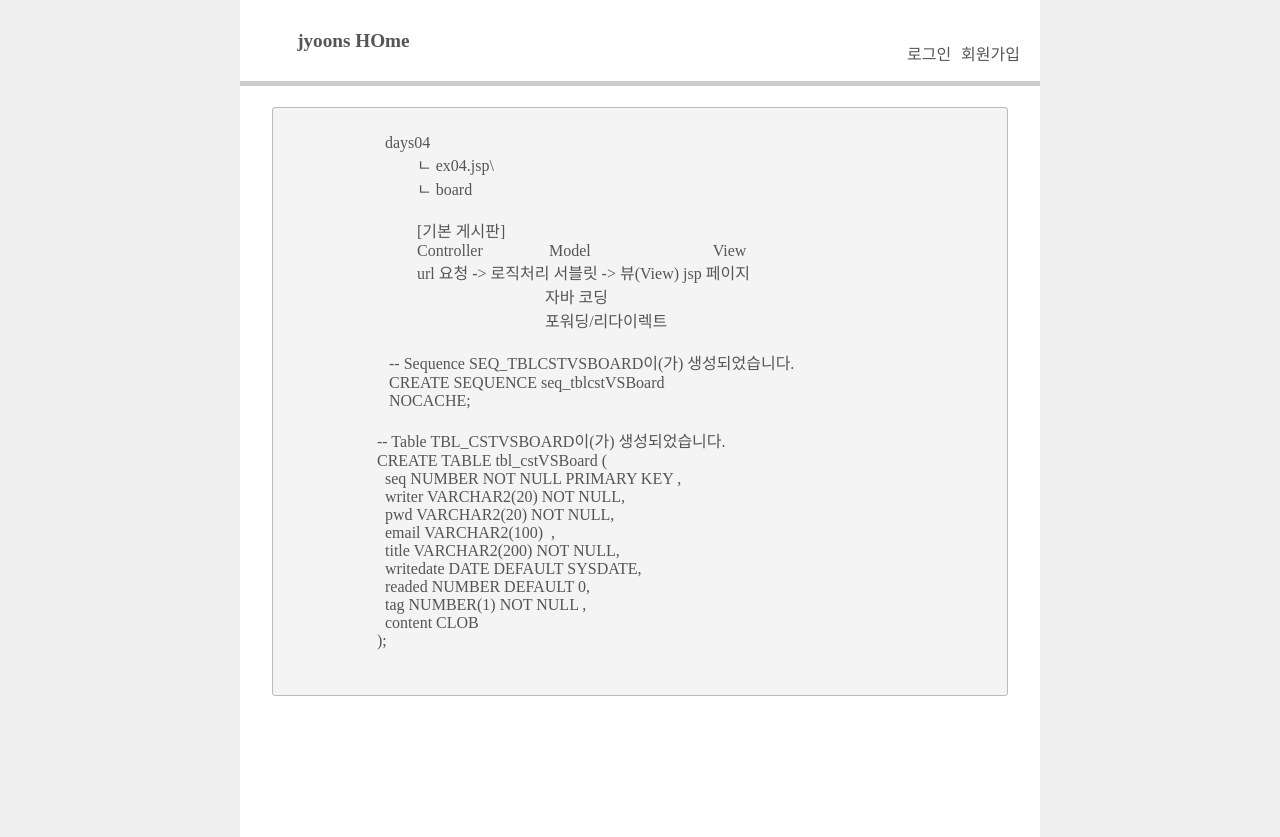
Repository: jyoons00/JSP-sample
Page: http://localhost/jspPro/days04/ex04.jsp
The author's editor kept a copy of each file at every save. The page is drawn from the files as they stood at one save, then again after the next save.
The browser window is 1280 px wide. The pictures show the whole page.
Some web fonts or font styles are not loaded; a fallback is used. The page is served by Tomcat 9. Other server files are loaded and not shown.

Above is the page before, as saved 2024-10-18 06:59:28.

### jspPro/src/main/webapp/days04/ex04.jsp
<%@ page contentType="text/html; charset=UTF-8" pageEncoding="UTF-8"%>
<%@ taglib prefix="c" uri="http://java.sun.com/jsp/jstl/core" %>
<!DOCTYPE html>
<html>
  <head>
    <meta charset="UTF-8" />
    <title>Insert title here</title>
    <link
      rel="shortcut icon"
      type="image/x-icon"
      href="http://localhost/jspPro/images/SiSt.ico"
    />
    <script src="https://ajax.googleapis.com/ajax/libs/jquery/3.7.1/jquery.min.js"></script>
    <meta name="viewport" content="width=device-width, initial-scale=1.0" />
    <link
      rel="stylesheet"
      href="http://localhost/jspPro/resources/cdn-main/example.css"
    />
    <script src="http://localhost/jspPro/resources/cdn-main/example.js"></script>
    <style>
      span.material-symbols-outlined {
        vertical-align: text-bottom;
      }
    </style>
  </head>
  <body>
    <header>
      <h1 class="main">
        <a href="#" style="position: absolute; top: 30px">jyoons HOme</a>
      </h1>
      <ul>
        <li><a href="#">로그인</a></li>
        <li><a href="#">회원가입</a></li>
      </ul>
    </header>
    <div>
      <xmp class="code">
   			days04
   				ㄴ ex04.jsp\
   				ㄴ board

   				[기본 게시판]
   				Controller		 Model				  View
   				url 요청 -> 로직처리 서블릿 -> 뷰(View) jsp 페이지
   								자바 코딩
   								포워딩/리다이렉트

   			 -- Sequence SEQ_TBLCSTVSBOARD이(가) 생성되었습니다.
		         CREATE SEQUENCE seq_tblcstVSBoard
		         NOCACHE;

		      -- Table TBL_CSTVSBOARD이(가) 생성되었습니다.
		      CREATE TABLE tbl_cstVSBoard (
		        seq NUMBER NOT NULL PRIMARY KEY ,
		        writer VARCHAR2(20) NOT NULL,
		        pwd VARCHAR2(20) NOT NULL,
		        email VARCHAR2(100)  ,
		        title VARCHAR2(200) NOT NULL,
		        writedate DATE DEFAULT SYSDATE,
		        readed NUMBER DEFAULT 0,
		        tag NUMBER(1) NOT NULL ,
		        content CLOB
		      );

  	  </xmp>
    </div>

  </body>
</html>

### jspPro/src/main/webapp/resources/cdn-main/example.css
@charset "UTF-8";

@import url('https://fonts.googleapis.com/css2?family=Material+Symbols+Outlined:opsz,wght,FILL,GRAD@20..48,100..700,0..1,-50..200');

@font-face {
    font-family: 'GmarketSansMedium';
    src: url('https://cdn.jsdelivr.net/gh/projectnoonnu/noonfonts_2001@1.1/GmarketSansMedium.woff') format('woff');
    font-weight: normal;
    font-style: normal;
}

:root {
	--text-color: #555;
	--sub-text-color: #777;
	--back-color: #EFEFEF;
	--header-color: #444;
	--primary-color: #DEDEDE;
	--secondary-color: #EFEFEF;
	--default-width: 800px;
	--narrow-width: 500px;
	--wide-width: 1200px;
	--text-font: 'GmarketSansMedium';
	--icon-font: 'Material Symbols Outlined';
	--border-color: #CCC;
}

html, body {
	margin: 0;
	padding: 0;
}

html {
	background-color: var(--back-color);
	display: flex;
	justify-content: center;
	min-height: 100vh;
}

body, body.default {
	width: var(--default-width);
	background-color: white;
	padding-bottom: 120px;
}

body.wide {
	width: var(--wide-width);
}

body.narrow {
	width: var(--narrow-width);
}



body, p, div, span, a, input, select, option, textarea, button, table, th, td, label, fieldset, legend {
	font-family: var(--text-font);
	color: var(--text-color);
}

h1, h2, h3 {
	font-family: var(--text-font);
	color: var(--header-color);
	padding: 0 1rem;
	padding-top: .5rem;
}

div > h1, div > h2, div > h3 {
	padding: 0;
}

body > div, body > main > div {
	padding: 0.3rem 1rem;
}


h1 { font-size: 2rem; border-bottom: 1px solid var(--border-color); }
h1 small { font-size: 1.2rem; color: var(--sub-text-color); }
h2 { font-size: 1.5rem; border-bottom: 1px dashed var(--border-color); }
h2 small { font-size: 1.1rem; color: --sub-text-color; }
h3 { font-size: 1.2rem; }
h3 small { font-size: 1rem; color: --sub-text-color; }



h1.main::before {
	font-family: var(--icon-font);
  	content: '\e666';
  	margin-right: 10px;
  	float: left;
	font-size: 2.5rem;
}

h1.sub::before {
	font-family: var(--icon-font);
  	content: '\ea19';
  	margin-right: 10px;
  	float: left;
	font-size: 2.5rem;
}


h1.page::before {
	font-family: var(--icon-font);
  	content: '\e0e0';
  	margin-right: 10px;
  	float: left;
	font-size: 2.5rem;
}

body > header > ul > li > .active{
	background-color: #FFF;
	color:#F00;
}

body > header {
	display: flex;
	justify-content: space-between;
	border-bottom: 5px solid var(--border-color);
	min-height: 74px;
	background-color: #FFF;
}

body > header.sticky {
	position: sticky;
	top: 0;
	z-index: 98;
}

body > header > h1 {
	font-size: 1.2rem;
	border: 0;
}

body > header.in > h1::before {
	font-family: var(--icon-font);
  	content: '\e332‥';
  	margin-right: 3px;
  	float: left;
	font-size: 2rem;
}


body > header > ul {
	list-style-type: none;
	display: flex;
	align-items: flex-end;
	margin-right: 10px;
}

body > header > ul > li {
	margin-right: 10px;
	cursor: pointer;
}

body > header > ul > li > a {
	cursor: pointer;
}


form {
	display: block;
}

form > div {
	padding: 0.3rem 1rem;
}

div > form > div {
	padding: 0.3rem 0;
}

input, textarea, button, select {
	border: 1px solid #BBB;
	border-radius: 3px;
	outline: none;
	resize: none;
	padding: 7px;
	margin: 0;
}

input[type=text]:read-only, textarea:read-only {
	cursor: not-allowed;
	background-color: #FFF;
}

input[type=text]:disabled, textarea:disabled {
	cursor: not-allowed;
	background-color: #EEE;
}

input[type=text], input[type=password], textarea, button, select {
	/* width: 300px; */
}

textarea {
	display: block;
	height: 100px;
}

input[type=button], input[type=submit], button {
	/* width: inherit; */
}

input.short, textarea.short, button.short, select.short {
	width: 100px;
}

input.long, textarea.long, button.long, select.long {
	width: 350px;
}

.narrow input.long, .narrow textarea.long, .narrow button.long, .narrow select.long {
	width: calc(100% - 20px);
}

input.full, textarea.full, button.full, select.full {
	width: calc(100% - 20px);
}

textarea.short {
	height: 50px;
}

textarea.long {
	height: 100px;
}

textarea.full {
	height: 200px;
}

input, textarea {
	padding-top: 8px;
}

input[type=button], input[type=submit], button {
	padding: 5px 10px;
	background-color: var(--secondary-color);
	cursor: pointer;
	min-height: 36px;
}

input[type=button].primary, input[type=submit].primary, button.primary {
	/* background-color: rgba(100, 149, 237, .2); */
	background-color: var(--primary-color);
}

input[type=button].primary:hover, input[type=submit].primary:hover, button.primary:hover {
	/* background-color: rgba(100, 149, 237, .3); */
	background-color: var(--secondary-color);
}

input[type=button]:hover, input[type=submit]:hover, button:hover {
	background-color: var(--primary-color);
}

button {
	position: relative;
	left: 0;
	top: 0;
	padding-left: 35px;
}

button .material-symbols-outlined {
	position: absolute;
	left: 10px;
	top: 4px;
}

/* k2nik add */
button.login::before {
	font-family: var(--icon-font);
  	content: '\ea77';
	position: absolute;
	left: 11px;
	top: 4px;
	font-size: 1.25rem;
}

/* k2nik logout */
button.logout::before {
	font-family: var(--icon-font);
  	content: '\e9ba';
	position: absolute;
	left: 11px;
	top: 4px;
	font-size: 1.25rem;
}

/* k2nik help */
button.help::before {
	font-family: var(--icon-font);
  	content: '\f1c0';
	position: absolute;
	left: 11px;
	top: 4px;
	font-size: 1.25rem;
}

button.add::before{
	font-family: var(--icon-font);
  	content: '\e746';
	position: absolute;
	left: 11px;
	top: 4px;
	font-size: 1.25rem;
}

button.back::before {
	font-family: var(--icon-font);
  	content: '\e166';
	position: absolute;
	left: 11px;
	top: 4px;
	font-size: 1.25rem;
}

button.list::before {
	font-family: var(--icon-font);
  	content: '\e0ee';
	position: absolute;
	left: 11px;
	top: 4px;
	font-size: 1.25rem;
}


button.del::before {
	font-family: var(--icon-font);
  	content: '\e872';
	position: absolute;
	left: 11px;
	top: 4px;
	font-size: 1.25rem;
}


button.edit::before {
	font-family: var(--icon-font);
  	content: '\e745';
	position: absolute;
	left: 11px;
	top: 4px;
	font-size: 1.25rem;
}


button.login::before {
	font-family: var(--icon-font);
  	content: '\ea77';
	position: absolute;
	left: 11px;
	top: 4px;
	font-size: 1.25rem;
}


button.logout::before {
	font-family: var(--icon-font);
  	content: '\e9ba';
	position: absolute;
	left: 11px;
	top: 4px;
	font-size: 1.25rem;
}


button.in::before {
	font-family: var(--icon-font);
  	content: '\f71a';
	position: absolute;
	left: 11px;
	top: 4px;
	font-size: 1.25rem;
}


button.out::before {
	font-family: var(--icon-font);
  	content: '\f70e';
	position: absolute;
	left: 11px;
	top: 4px;
	font-size: 1.25rem;
}


button.reply::before {
	font-family: var(--icon-font);
  	content: '\e15e';
	position: absolute;
	left: 11px;
	top: 4px;
	font-size: 1.25rem;
}


button.comment::before {
	font-family: var(--icon-font);
  	content: '\e0b9';
	position: absolute;
	left: 11px;
	top: 4px;
	font-size: 1.25rem;
}


button.modal::before {
	font-family: var(--icon-font);
  	content: '\e89e';
	position: absolute;
	left: 11px;
	top: 4px;
	font-size: 1.25rem;
}


button.ok::before {
	font-family: var(--icon-font);
  	content: '\e86c';
	position: absolute;
	left: 11px;
	top: 4px;
	font-size: 1.25rem;
}


button.cancel::before {
	font-family: var(--icon-font);
  	content: '\e5c9';
	position: absolute;
	left: 11px;
	top: 4px;
	font-size: 1.25rem;
}

button.search::before {
	font-family: var(--icon-font);
  	content: '\e8b6';
	position: absolute;
	left: 11px;
	top: 4px;
	font-size: 1.25rem;
}

button.home::before {
	font-family: var(--icon-font);
  	content: '\e88a';
	position: absolute;
	left: 11px;
	top: 4px;
	font-size: 1.25rem;
}


button.sidebar::before {
	font-family: var(--icon-font);
  	content: '\f7e4';
	position: absolute;
	left: 11px;
	top: 4px;
	font-size: 1.25rem;
}


button.sidebar-right::before {
	font-family: var(--icon-font);
  	content: '\f7e5';
	position: absolute;
	left: 11px;
	top: 4px;
	font-size: 1.25rem;
}




button::before {
	font-family: var(--icon-font);
  	content: '\e323';
	position: absolute;
	left: 11px;
	top: 4px;
	font-size: 1.25rem;
}


table {
	border-collapse: collapse;
	margin: 1rem;
	box-sizing: border-box;
	width: calc(100% - 32px);
}

table.content {
	width: auto;
}

div > table {
	margin: 0;
}

table th, table td {
	border: 1px solid var(--border-color);
	padding: 7px;
	font-weight: normal;
}

table th {
	background-color: var(--back-color);
}

table.vertical th {
	width: 150px;
}

table.vertical td {
	width: calc(100% - 182px);
	padding-left: 10px;
}

table.content td, table.content th {
	width: auto;
}

body.narrow table.vertical th {
	width: 100px;
}

body.narrow table.vertical td {
	width: calc(100% - 182px);
}


table + table {
	margin-top: 30px;
}


p {
	padding: 0 1rem;
}

a {
	text-decoration: none;
}

a:hover {
	color: rgba(255, 99, 71, .7);
}

hr {
	border: 0;
	border-top: 1px solid var(--border-color);
	margin: 2rem 0;
}

.message {
	border: 1px solid var(--border-color);
	background-color: #EFEFEF;
	margin: 1rem;
	width: auto;
	padding-top: 10px;
	padding-bottom: 10px;
	font-size: 14px;
}

.message[title]::before {
	content: attr(title);
	display: block;
	border-bottom: 1px solid var(--border-color);
	padding-bottom: 5px;
	margin-bottom: 10px;
	margin-top: 7px;
}

.message.short {
	max-width: 250px;
}

.message.long {
	max-width: 500px;
}

.badge {
	float: right;
	font-size: .8rem;
	margin-top: 2px;
	margin-right: 2px;
	text-shadow: 0 0 7px gray;
}

.badge.left {
	float: none;
	margin-left: 2px;
}

.badge.right {
	float: right;
}

.badge.red {
	border-radius: 50%;
	padding: 2px 5px;
	background-color: rgb(255, 99, 71, .3);
}

.badge.yellow {

	border-radius: 50%;
	padding: 2px 5px;
	background-color: rgb(255, 215, 0, .5);
}

.badge.blue {
	border-radius: 50%;
	padding: 2px 5px;
	background-color: rgb(100, 149, 237, .3);
}

label + label {
	margin-left: 7px;
}

label input[type=checkbox], label input[type=radio] {
	transform: translate(0, 1px);
}

.group {
	display: flex;
}

.modal-content .group {
	margin-bottom: .5rem;
}

.group label {
	border: 1px solid #BBB;
	border-radius: 3px;
	outline: none;
	resize: none;
	padding: 7px 14px;
	margin: 0;
	border-top-right-radius: 0;
	border-bottom-right-radius: 0;
	background-color: #EFEFEF;
	white-space: nowrap;
	font-size: 14px;
}

.group input[type=text] {
	margin-left: -1px;
	border-top-left-radius: 0;
	border-bottom-left-radius: 0;
}

.group select {
	margin-left: -1px;
	border-top-left-radius: 0;
	border-bottom-left-radius: 0;
}

.group input.full[type=text] {
	margin-left: -1px;
	border-top-left-radius: 0;
	border-bottom-left-radius: 0;
	width: 100%;
}

.group input[type=button]:first-child, .group button:first-child {
	border-top-left-radius: 3px;
	border-bottom-left-radius: 3px;
	margin-left: 0px;
}

.group input[type=button], .group button {
	border-radius: 0;
	margin-left: -1px;
}

.group input[type=button]:last-child, .group button:last-child {
	margin-left: -1px;
	border-top-right-radius: 3px;
	border-bottom-right-radius: 3px;
}

.seperate {
	display: flex;
	justify-content: space-between;
}

div.list {
	width: max-content;
	margin: 1rem;
	border: 1px solid #BBB;
	border-radius: 3px;
	padding: 0;
}

div.list.full {
	width: auto;
	display: block;
	margin: 1rem;
	border: 1px solid #BBB;
	border-radius: 3px;
	padding: 0;
}

div.list > div {
	padding: .5rem 1rem;
	margin: 0;
	border-bottom: 1px solid #BBB;
}

div.list > div:last-child {
	border-bottom: 0;
}

pre.code , xmp.code{
	font-family: consols;
	background-color: rgba(150, 150, 150, .1);
	border: 1px solid #BBB;
	border-radius: 3px;
	padding: .5rem 1rem;
	padding-bottom: .6rem;
	margin: 1rem;
}




*[data-modal-window] {
	position: fixed;
	background-color: rgba(0, 0, 0, .3);
	left: 0;
	top: 0;
	display: none;
	justify-content: center;
	align-items: flex-start;
	width: 100%;
	min-height: 100vh;
	z-index: 100;
	opacity: 0;
	transition: 500ms all;
}

*[data-modal-window] .modal-container {
	border-radius: 5px;
	padding: 1rem;
	padding-bottom: .5rem;
	margin-top: -500px;
	opacity: 0;
	width: 500px;
	background-color: #FFF;
	margin-right: 2rem;
	transition: 500ms all;
}

*[data-modal-size=content] .modal-container {
	width: auto;
}

*[data-modal-size=narrow] .modal-container {
	width: 300px;
}

*[data-modal-size=wide] .modal-container {
	width: 760px;
}


*[data-modal-window] .modal-header {
	border-bottom: 1px solid var(--border-color);
	padding: 2px 5px;
}

*[data-modal-window] .modal-content {
	padding: 1rem 5px;
}

*[data-modal-window] .modal-content div:last-child {
	margin-top: 1rem;
	text-align: right;
}



*[data-sidebar-window] {
	position: fixed;
	background-color: #FFF;
	left: 0;
	top: 0;
	display: block;
	width: 300px;
	border-right: 1px solid var(--border-color);
	box-sizing: border-box;
	box-shadow: 0 0 3px var(--back-color);
	min-height: 100vh;
	z-index: 99;
	transform: translate(-300px, 0);
	transition-duration: 500ms;
	transition-property: transform;
}

*[data-sidebar-direction=right] {
	left: auto;
	right: 0;
	transform: translate(300px, 0);
	border-left: 1px solid var(--border-color);
}

*[data-sidebar-size=wide] {
	width: 500px;
	transform: translate(-500px, 0);
}

*[data-sidebar-window] .sidebar-title {
	border-bottom: 1px solid var(--border-color);
	margin-top: 20px;
	margin-bottom: 20px;
	padding-bottom: 5px;
	display: flex;
	justify-content: space-between;
}

*[data-sidebar-window] .sidebar-title span:last-child {
	cursor: pointer;
}


/* K2Nik pagination */
.center {
  text-align: center;
}

.pagination {
  display: inline-block;
}

.pagination a {
  color: black;
  float: left;
  padding: 3px 6px;
  text-decoration: none;
  transition: background-color .3s;
  border: 1px solid #ddd;
  margin: 0 3px;
}

.pagination a.active {
  background-color: #4CAF50;
  color: white;
  border: 1px solid #4CAF50;
}

.pagination a:hover:not(.active) {background-color: #ddd;}

### jspPro/src/main/webapp/resources/cdn-main/example.js

window.onload = () => {

    const list = document.querySelectorAll('input, textarea');

    list.forEach(item => {
        item.setAttribute('autocomplete', 'off');
    });


    const modal_btn_list = document.querySelectorAll('*[data-modal-button]');

    modal_btn_list.forEach(item => {
        item.onclick = function() {

            const name = this.dataset['modalButton'];
            const modal_window = document.querySelector('*[data-modal-window=' + name);

            const container = document.createElement('div');
            container.className = 'modal-container';



            const modal_header = document.createElement('div');
            modal_header.textContent = modal_window.dataset['modalTitle'];
            modal_header.className = 'modal-header';
            container.appendChild(modal_header);

            const modal_content = document.createElement('div');
            modal_content.className = 'modal-content';
            container.appendChild(modal_content);

            Array.from(modal_window.childNodes).forEach(item => {
                modal_content.appendChild(item);
            });

            modal_window.appendChild(container);

            modal_window.style.display = 'flex';

            setTimeout(() => {
                modal_window.style.opacity = 1;
                container.style.marginTop = '20px';
                container.style.opacity = 1;
            }, 50);


            const modal_ok = document.querySelector('*[data-modal-ok=' + name);
            modal_ok.addEventListener('click', function() {
                modal_window.style.opacity = 0;
                container.style.marginTop = '-500px';
                container.style.opacity = 0;

                setTimeout(() => {
                    modal_window.innerHTML = modal_content.innerHTML;
                    modal_window.style.display = 'none';
                }, 500);

            });

            const modal_cancel = document.querySelector('*[data-modal-cancel=' + name);
            modal_cancel.addEventListener('click', function() {

                modal_window.style.opacity = 0;
                container.style.marginTop = '-500px';
                container.style.opacity = 0;

                setTimeout(() => {
                    modal_window.innerHTML = modal_content.innerHTML;
                    modal_window.style.display = 'none';
                }, 500);
            });


        };
    });


    const sidebar_btn_list = document.querySelectorAll('*[data-sidebar-button]');

    sidebar_btn_list.forEach(item => {
        item.onclick = function() {



            const name = this.dataset['sidebarButton'];
            const sidebar_window = document.querySelector('*[data-sidebar-window=' + name);

            if (sidebar_window.style.transform == 'translate(0px, 0px)') return;



            sidebar_window.style.transform = 'translate(0, 0)';

            const sidebar_title = document.createElement('div');
            sidebar_title.className = 'sidebar-title';
            sidebar_title.innerHTML = '<span>' + sidebar_window.dataset['sidebarTitle'] + '</span><span class="material-symbols-outlined">close</span>';

            sidebar_title.children[1].onclick = function() {

                let sign = 1;
                let distance = 300;

                if (sidebar_window.dataset['sidebarDirection'] != 'right') {
                    sign = -1;
                } else {
                    sign = 1;
                }

                if (sidebar_window.dataset['sidebarSize'] != 'wide') {
                    distance = 300;
                } else {
                    distance = 500;
                }

                distance *= sign;

                sidebar_window.style.transform = 'translate(' + distance + 'px, 0)';

                setTimeout(function() {
                    sidebar_window.removeChild(sidebar_window.children[0]);
                }, 500);
            };


            sidebar_window.prepend(sidebar_title);

        }
    });

};

// window.onkeydown = function(event) {

//     if (event.keyCode == 27) {
//         if (document.querySelector('[data-modal-window').style.display == 'flex') {
//             document.querySelector('[data-modal-window').style.display = 'none';
//         }
//     }

// };

After the next save:
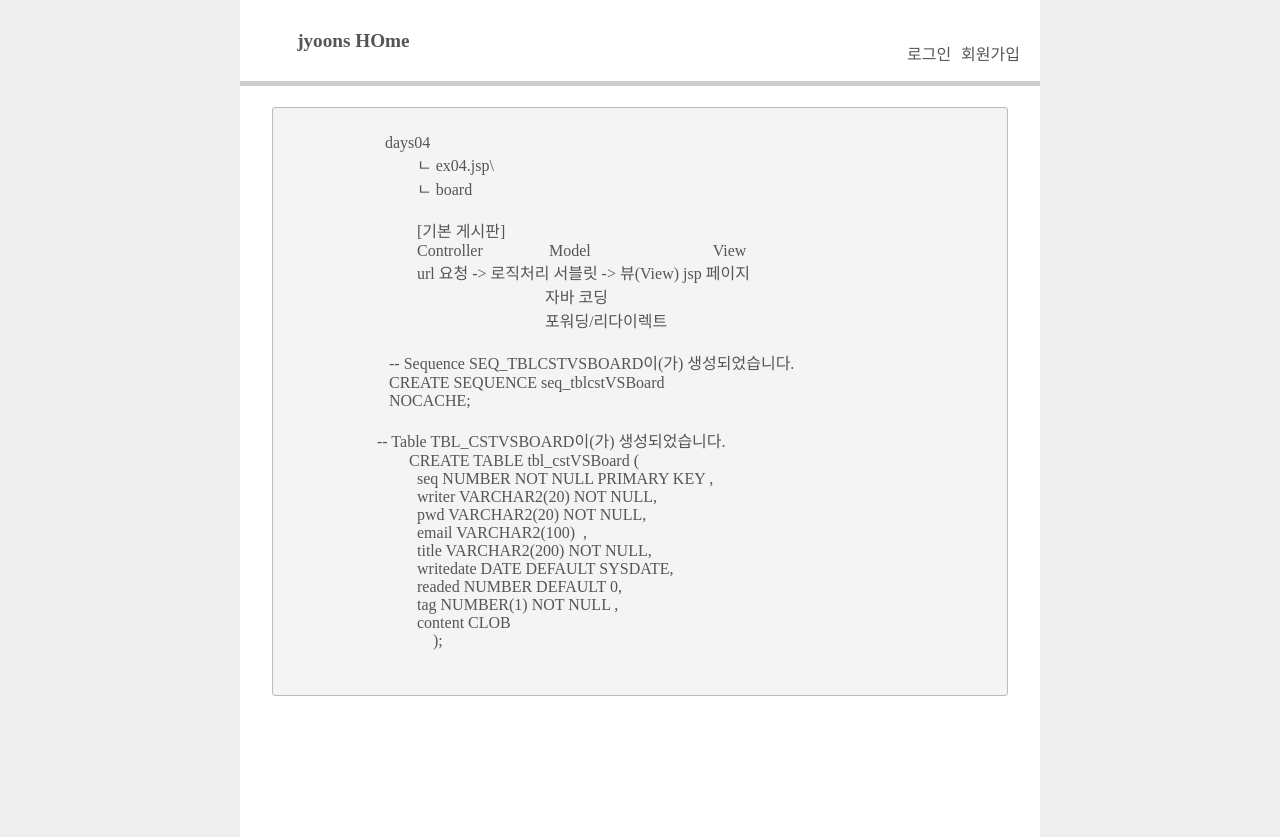
Saved 6 s later.
--- a/jspPro/src/main/webapp/days04/ex04.jsp
+++ b/jspPro/src/main/webapp/days04/ex04.jsp
@@ -50,17 +50,17 @@
 		         NOCACHE;
 
 		      -- Table TBL_CSTVSBOARD이(가) 생성되었습니다.
-		      CREATE TABLE tbl_cstVSBoard (
-		        seq NUMBER NOT NULL PRIMARY KEY ,
-		        writer VARCHAR2(20) NOT NULL,
-		        pwd VARCHAR2(20) NOT NULL,
-		        email VARCHAR2(100)  ,
-		        title VARCHAR2(200) NOT NULL,
-		        writedate DATE DEFAULT SYSDATE,
-		        readed NUMBER DEFAULT 0,
-		        tag NUMBER(1) NOT NULL ,
-		        content CLOB
-		      );
+			      CREATE TABLE tbl_cstVSBoard (
+			        seq NUMBER NOT NULL PRIMARY KEY ,
+			        writer VARCHAR2(20) NOT NULL,
+			        pwd VARCHAR2(20) NOT NULL,
+			        email VARCHAR2(100)  ,
+			        title VARCHAR2(200) NOT NULL,
+			        writedate DATE DEFAULT SYSDATE,
+			        readed NUMBER DEFAULT 0,
+			        tag NUMBER(1) NOT NULL ,
+			        content CLOB
+		  		    );
 
   	  </xmp>
     </div>
